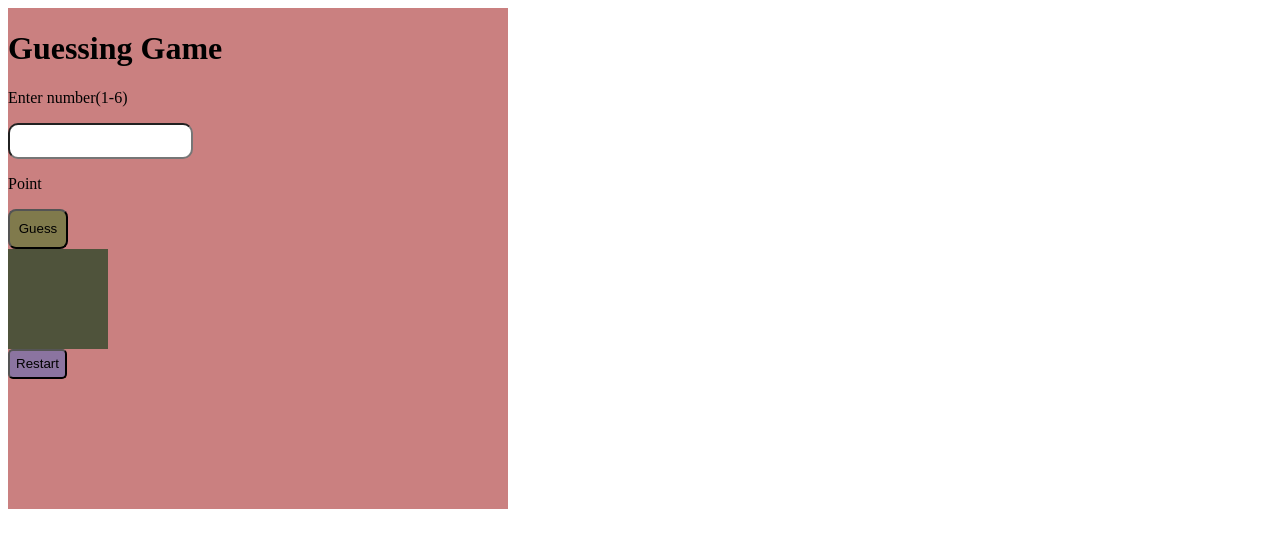
Repository: AniAntonyan/GuessingGame
Page: index.html
The author's editor kept a copy of each file at every save. The page is drawn from the files as they stood at one save, then again after the next save.
The browser window is 1280 px wide. The pictures show the whole page.

Above is the page before, as saved 2022-02-27 17:15:46.

After the next save:
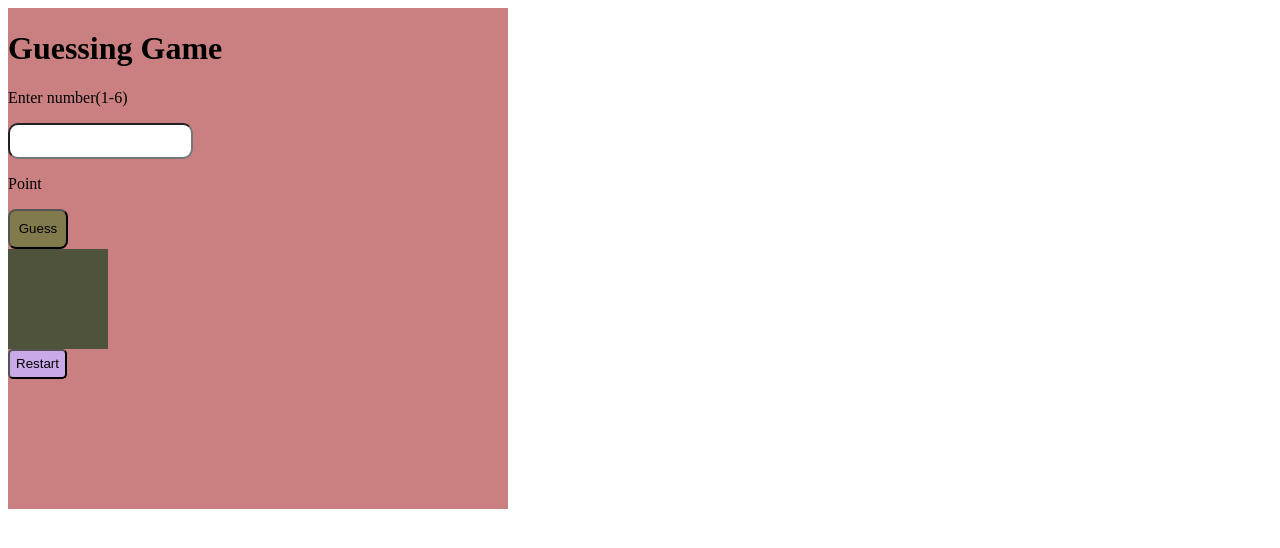
Saved 14 s later.
--- a/style.css
+++ b/style.css
@@ -26,5 +26,5 @@
 #restart{
     height: 30px;
     border-radius: 5px;
-    background-color: rgb(139, 116, 160);
+    background-color: rgb(202, 169, 233);
 }
